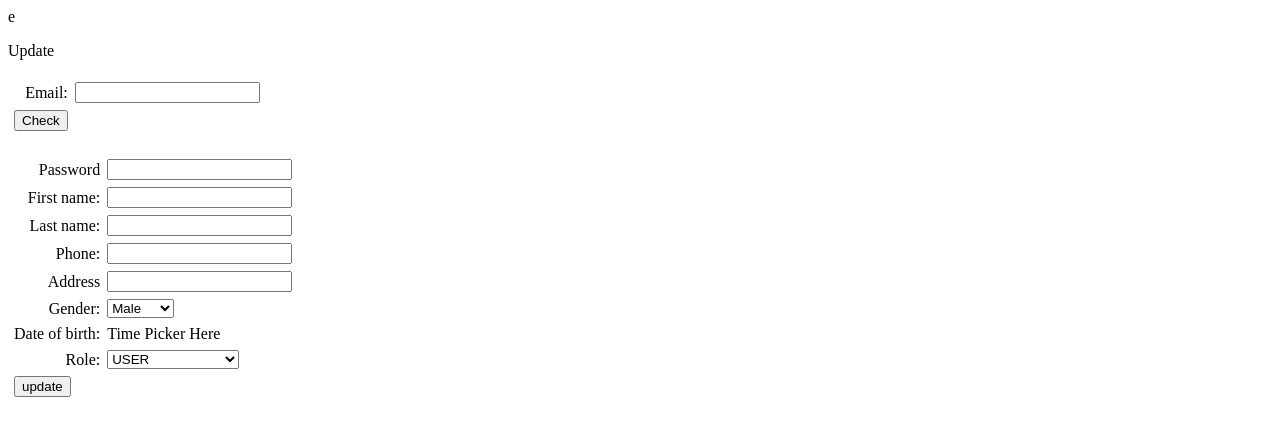
Repository: pffdota04/cuahang
Page: http://localhost/CuaHang/Views/Admin/container/account/update.jsp
An editor plug-in stored every save of this project. The page is shown before and after the next save, followed by the edit.
The browser window is 1280 px wide. The pictures show the whole page.
The page is served by Tomcat 9. Other server files are loaded and not shown.

Above is the page before, as saved 2020-11-12 07:28:07.

### CuaHang/WebContent/Views/Admin/container/account/update.jsp
e<%@ page language="java" contentType="text/html; charset=ISO-8859-1"
	pageEncoding="ISO-8859-1"%>
<!DOCTYPE html>
<html>
<head>
<meta charset="ISO-8859-1">
<title>Insert title here</title>
</head>
<body>
	<div class="update">

		<p>Update</p>
		<form action="${pageContext.request.contextPath}/fill-By-Email"
			method="post">
			<table cellspacing="5">
				<tr>
					<td align="right">Email:</td>
					<td><input type="text" name="email"></td>

				</tr>
				<td class="CheckButton"><input type="submit" value="Check"
						name="Check" /></td>
			</table>
		</form>
		<form action="${pageContext.request.contextPath}/update-account"
			method="post">
			<table cellspacing="5">
				<tr>
					<td align="right">Password</td>
					<td><input type="text" name="pass"></td>
				</tr>
				<tr>
					<td align="right">First name:</td>
					<td><input type="text" name="firstname"></td>
				</tr>
				<tr>
					<td align="right">Last name:</td>
					<td><input type="text" name="lastname"></td>
				</tr>
				<tr>
					<td align="right">Phone:</td>
					<td><input type="text" name="phone"></td>
				</tr>
				<tr>
					<td align="right">Address</td>
					<td><input type="text" name="address"></td>
				</tr>
				<tr>
					<td align="right">Gender:</td>
					<td><select name="gender">
							<%
								for (int sex = 0; sex < 2; sex++) {
							%>
							<option value="<%=sex%>">
								<%
									if (sex == 0) {
								%>Male<%
									}
								%>
								<%
									if (sex == 1) {
								%>Female<%
									}
								%>
							</option>
							<%
								}
							%>
					</select></td>
				<tr>
					<td>Date of birth:</td>
					<td>Time Picker Here</td>
				</tr>
				<tr>
					<td align="right">Role:</td>
					<td><select name="role">
							<%
								for (int role = 0; role < 3; role++) {
							%>
							<option value="<%=role%>">
								<%
									if (role == 0) {
								%>USER<%
									}
								%>
								<%
									if (role == 1) {
								%>SALEPERSON<%
									}
								%>
								<%
									if (role == 2) {
								%>ADMINISTRATOR<%
									}
								%>
							</option>
							<%
								}
							%>
					</select></td>
				<tr>

					<td><input type="submit" value="update"></td>
				</tr>
			</table>
		</form>
	</div>

</body>
</html>

After the next save:
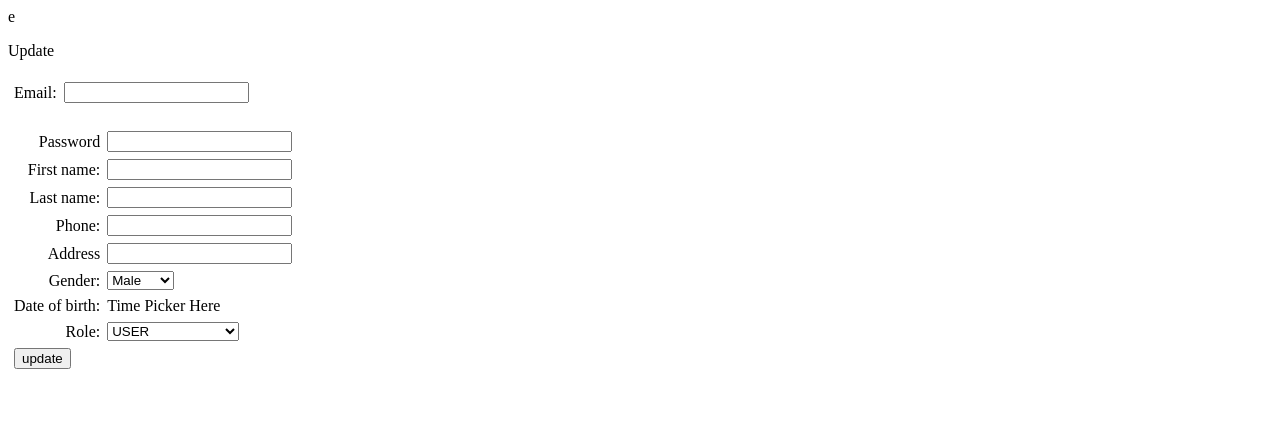
Saved 25 s later.
--- a/CuaHang/WebContent/Views/Admin/container/account/update.jsp
+++ b/CuaHang/WebContent/Views/Admin/container/account/update.jsp
@@ -18,8 +18,7 @@ e<%@ page language="java" contentType="text/html; charset=ISO-8859-1"
 					<td><input type="text" name="email"></td>
 
 				</tr>
-				<td class="CheckButton"><input type="submit" value="Check"
-						name="Check" /></td>
+
 			</table>
 		</form>
 		<form action="${pageContext.request.contextPath}/update-account"
